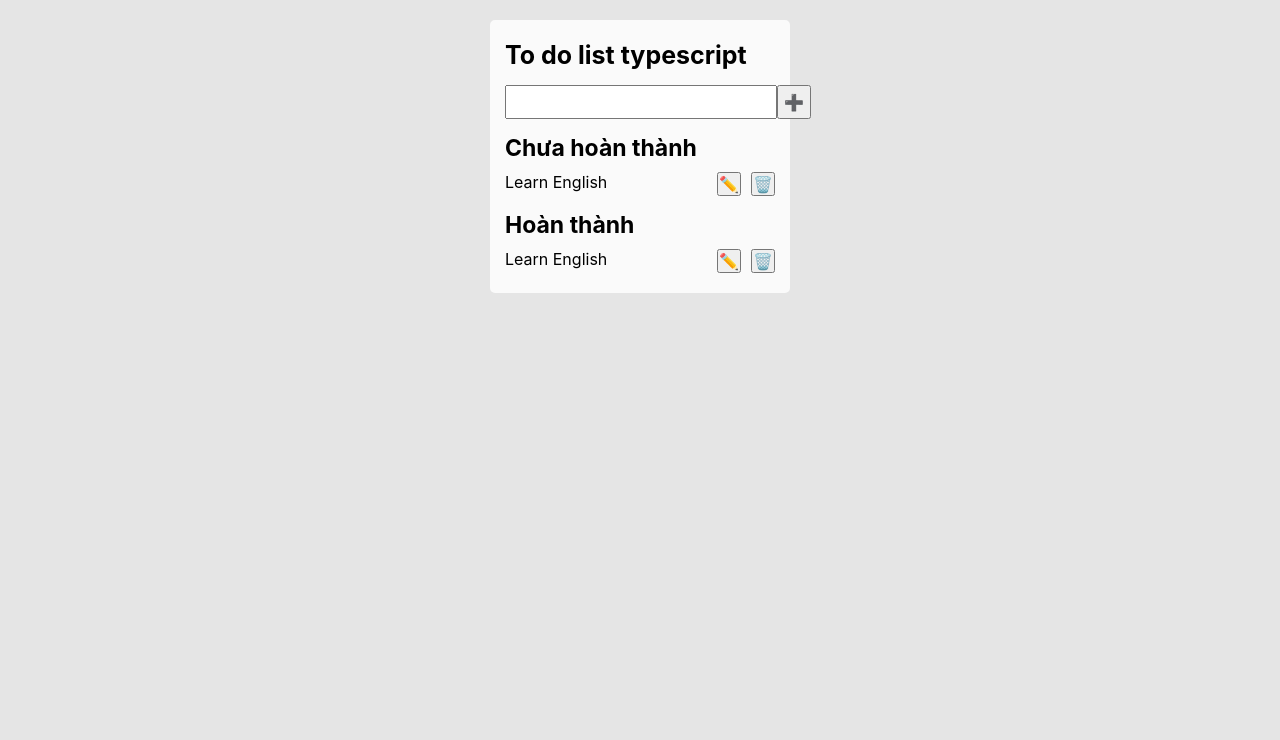
Repository: ChauVanLoc/TodoList-Reactjs
Page: / (app in todo-app/)
An editor plug-in stored every save of this project. The page is shown before and after the next save, followed by the edit.
The browser window is 1280 px wide. The pictures show the whole page.
The project was rebuilt for these pictures with package versions that can differ from the ones it lists, and the page was loaded fresh each time.

Above is the page before, as saved 2022-12-04 20:32:17.

### todo-app/src/index.tsx
import React from "react";
import ReactDOM from "react-dom/client";
import TodoList from "./components/TodoList/TodoList";
import "./index.css";
import reportWebVitals from "./reportWebVitals";

const root = ReactDOM.createRoot(
  document.getElementById("root") as HTMLElement
);
root.render(
  <React.StrictMode>
    <TodoList />
  </React.StrictMode>
);

// If you want to start measuring performance in your app, pass a function
// to log results (for example: reportWebVitals(console.log))
// or send to an analytics endpoint. Learn more: https://bit.ly/CRA-vitals
reportWebVitals();

### todo-app/src/components/TodoList/TodoList.tsx
import React from "react";
import TaskInput from "../TaskInput/TaskInput";
import TaskList from "../TaskList/TaskList";
import TodoStyle from "./TodoListStyle.module.scss";

type Props = {};

function TodoList({}: Props) {
  return (
    <div className={TodoStyle["container"]}>
      <div className={TodoStyle["header"]}>To do list typescript</div>
      <TaskInput />
      <div>
        <TaskList title="Chưa hoàn thành" />
        <TaskList title="Hoàn thành" />
      </div>
    </div>
  );
}

export default TodoList;

### todo-app/src/index.css
*,
*:before,
*:after {
  box-sizing: border-box;
}

* {
  margin: 0;
  padding: 0;
  font: inherit;
}

img,
picture,
svg,
video {
  display: block;
  max-width: 100%;
}

body {
  min-height: 100vh;
  margin: 0;
  font-family: -apple-system, BlinkMacSystemFont, 'Segoe UI', 'Roboto', 'Oxygen',
    'Ubuntu', 'Cantarell', 'Fira Sans', 'Droid Sans', 'Helvetica Neue',
    sans-serif;
  -webkit-font-smoothing: antialiased;
  -moz-osx-font-smoothing: grayscale;
  background-color: #E5E5E5;
}

code {
  font-family: source-code-pro, Menlo, Monaco, Consolas, 'Courier New',
    monospace;
}

### todo-app/src/components/TaskInput/TaskInput.tsx
import React from "react";
import taskInputStyled from "./TaskInputStyle.module.scss";
type Props = {};

function TaskInput({}: Props) {
  return (
    <div className={taskInputStyled["wrapTaskInput"]}>
      <input type="text" name="keySearch" id="" />
      <button>➕</button>
    </div>
  );
}

export default TaskInput;

### todo-app/src/components/TaskList/TaskList.tsx
import React from "react";
import taskListStyled from "./TaskListStyle.module.scss";
type Props = {
  title: string;
  // content;
};

function TaskList({ title }: Props) {
  return (
    <div className={taskListStyled["content"]}>
      <div className={taskListStyled["title"]}>{title}</div>
      <div className={taskListStyled["wrapContent"]}>
        <div className={taskListStyled["row"]}>
          <div>
            <span>Learn English</span>
          </div>
          <div className={taskListStyled["toolBox"]}>
            <button>✏️</button>
            <button>🗑️</button>
          </div>
        </div>
      </div>
    </div>
  );
}

export default TaskList;

### todo-app/src/components/TodoList/TodoListStyle.module.scss
.container {
  width: 300px;
  height: auto;
  margin: 20px auto;
  background-color: #fafafa;
  border: 1px solid none;
  border-radius: 5px;
  padding: 20px 0;
  .header {
    width: 270px;
    font-weight: bold;
    font-size: 25px;
    margin: 0 auto 15px auto;
  }
}

### todo-app/src/components/TaskInput/TaskInputStyle.module.scss
.wrapTaskInput {
  width: 270px;
  height: auto;
  margin-left: auto;
  margin-right: auto;
  display: flex;
  justify-content: space-between;
  input {
    padding: 5px 10px;
    outline: none;
  }
  button {
    padding: 5px;
  }
}

### todo-app/src/components/TaskList/TaskListStyle.module.scss
.content {
  width: 270px;
  height: auto;
  margin: 15px auto 0 auto;
  .title {
    padding-bottom: 10px;
    font-weight: bold;
    font-size: 23px;
  }
  .wrapContent {
    .row {
      display: flex;
      flex-direction: row;
      justify-content: space-between;
    }
    .toolBox {
      button:nth-child(2) {
        margin-left: 10px;
      }
    }
  }
}

Loaded but not shown: todo-app/public/index.html (common file); todo-app/src/reportWebVitals.ts (common file)

After the next save:
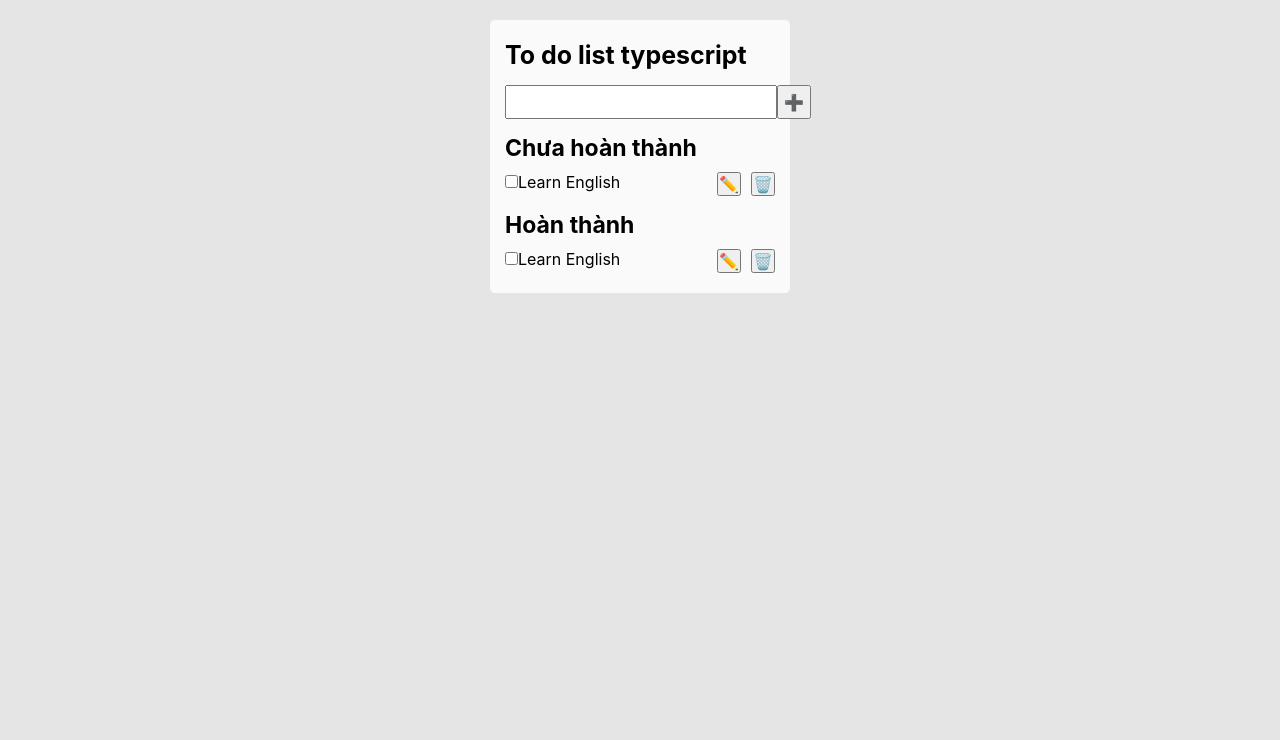
Saved 2 min 24 s later.
--- a/todo-app/src/components/TaskList/TaskList.tsx
+++ b/todo-app/src/components/TaskList/TaskList.tsx
@@ -12,6 +12,7 @@ function TaskList({ title }: Props) {
       <div className={taskListStyled["wrapContent"]}>
         <div className={taskListStyled["row"]}>
           <div>
+            <input type="checkbox" name="" id="" />
             <span>Learn English</span>
           </div>
           <div className={taskListStyled["toolBox"]}>
